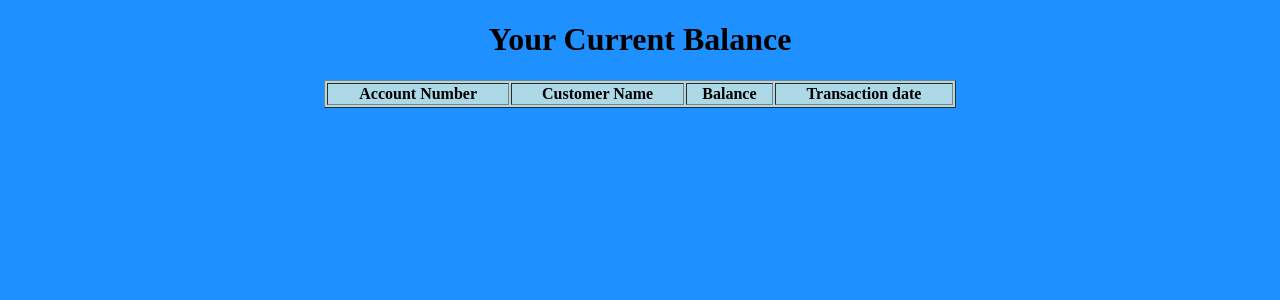
Repository: rukmini10/DXC
Page: http://localhost/Account/check_balance.jsp
These files come from the project's save history. The page is drawn as it stood at one moment and after the next save; the edit follows.
The browser window is 1280 px wide. The pictures show the whole page.
The page is served by Tomcat 9. Nobody is signed in. The application's start-up code is not run. Queries for data that is not in the repository find no rows.

Above is the page before, as saved 2022-05-07 18:42:34.

After the next save:
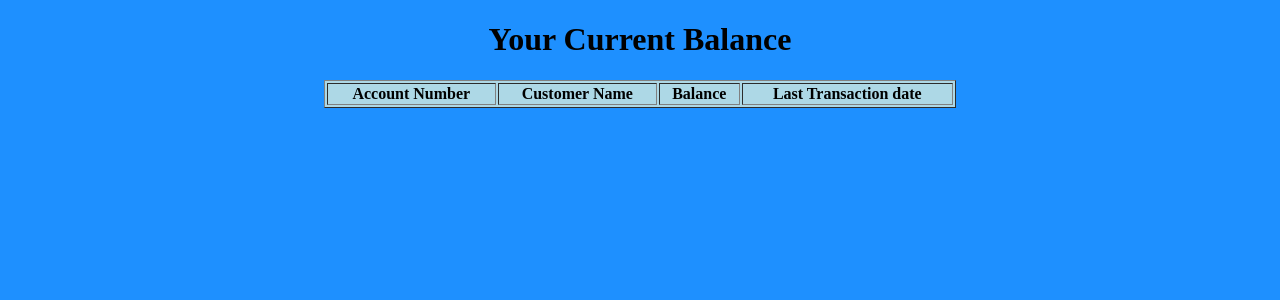
Saved 21 s later.
--- a/DXC_MAVEN/Account/src/main/webapp/check_balance.jsp
+++ b/DXC_MAVEN/Account/src/main/webapp/check_balance.jsp
@@ -17,7 +17,7 @@
             Statement st=conn.createStatement();
             ResultSet rs=st.executeQuery("select * from tr where ano='"+an+"'");
             out.println("<table border='1' width='50%' bgcolor='lightblue' align='center'>");
-out.println("<tr><th>Account Number</th><th>Customer Name</th><th>Balance</th><th>Transaction date</th></tr>");
+out.println("<tr><th>Account Number</th><th>Customer Name</th><th>Balance</th><th>Last Transaction date</th></tr>");
 while(rs.next())
  out.println("<tr align='center'><td>"+rs.getString(1)+"</td><td>"+rs.getString(2)+"</td><td>"+rs.getString(3)+"</td><td>"+rs.getString(4)+"</td></tr>");
 out.println("</table>");
